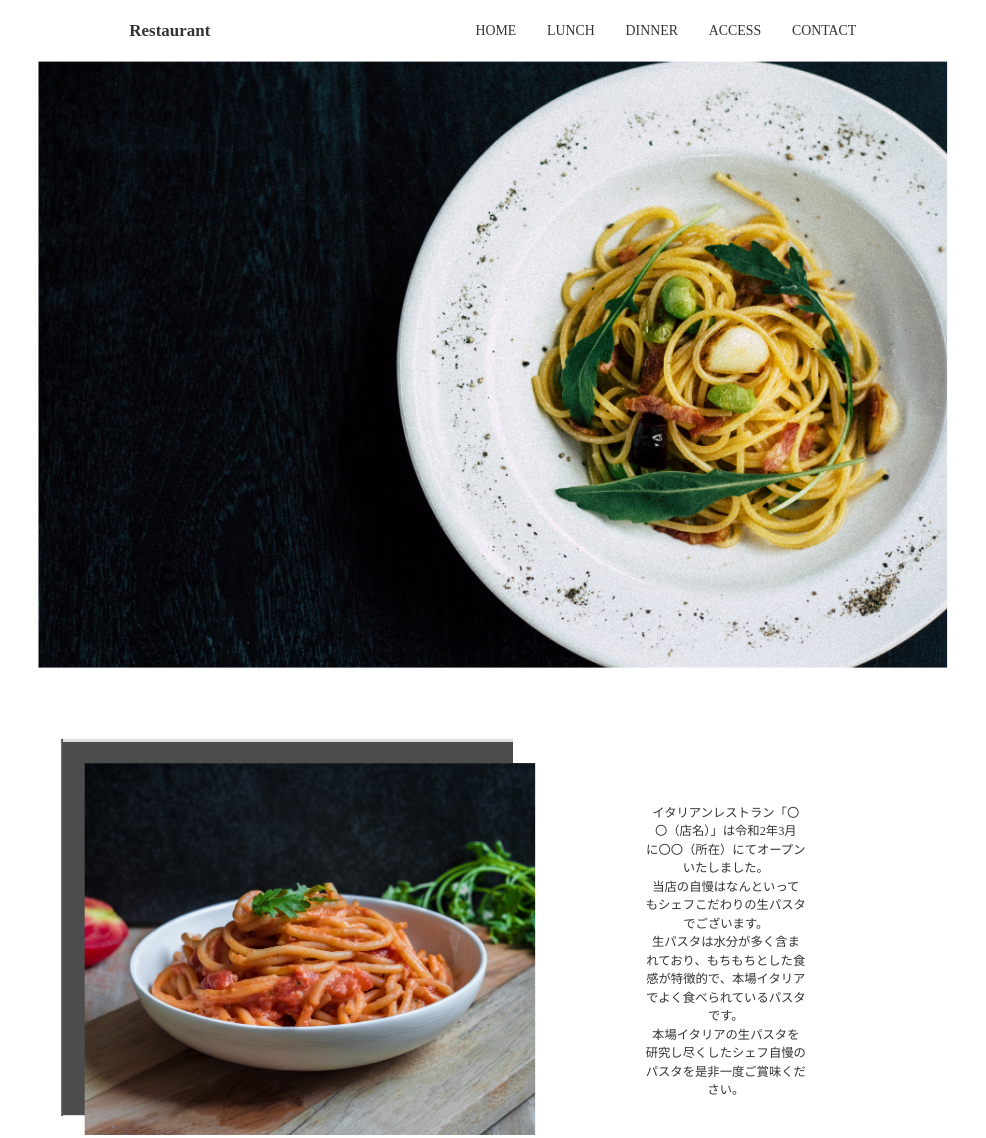
Repository: konatsu-0806/demo-site
Page: FromFigma/index.html
These files come from the project's save history. The page is drawn as it stood at one moment and after the next save; the edit follows.
The browser window is 1280 px wide. The pictures show the whole page, at 77% of full size.

Above is the page before, as saved 2023-02-08 17:15:24.

After the next save:
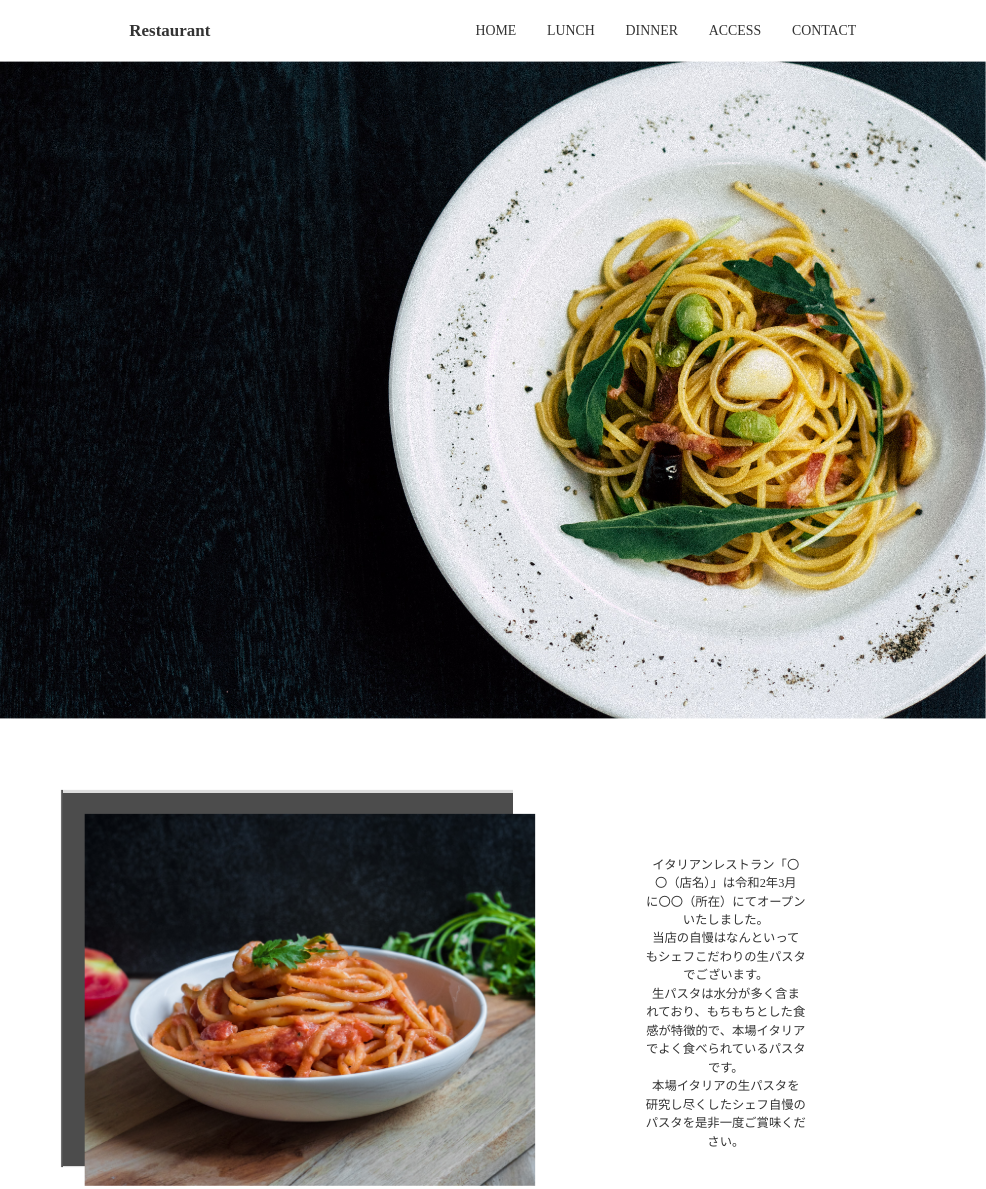
Saved 4 s later.
--- a/FromFigma/css/style.css
+++ b/FromFigma/css/style.css
@@ -110,7 +110,7 @@
 }
 
 .main_visual {
-    margin: 0 50px;
+    margin: auto;
 }
 
 /* contents */

After the 4 saves that followed:
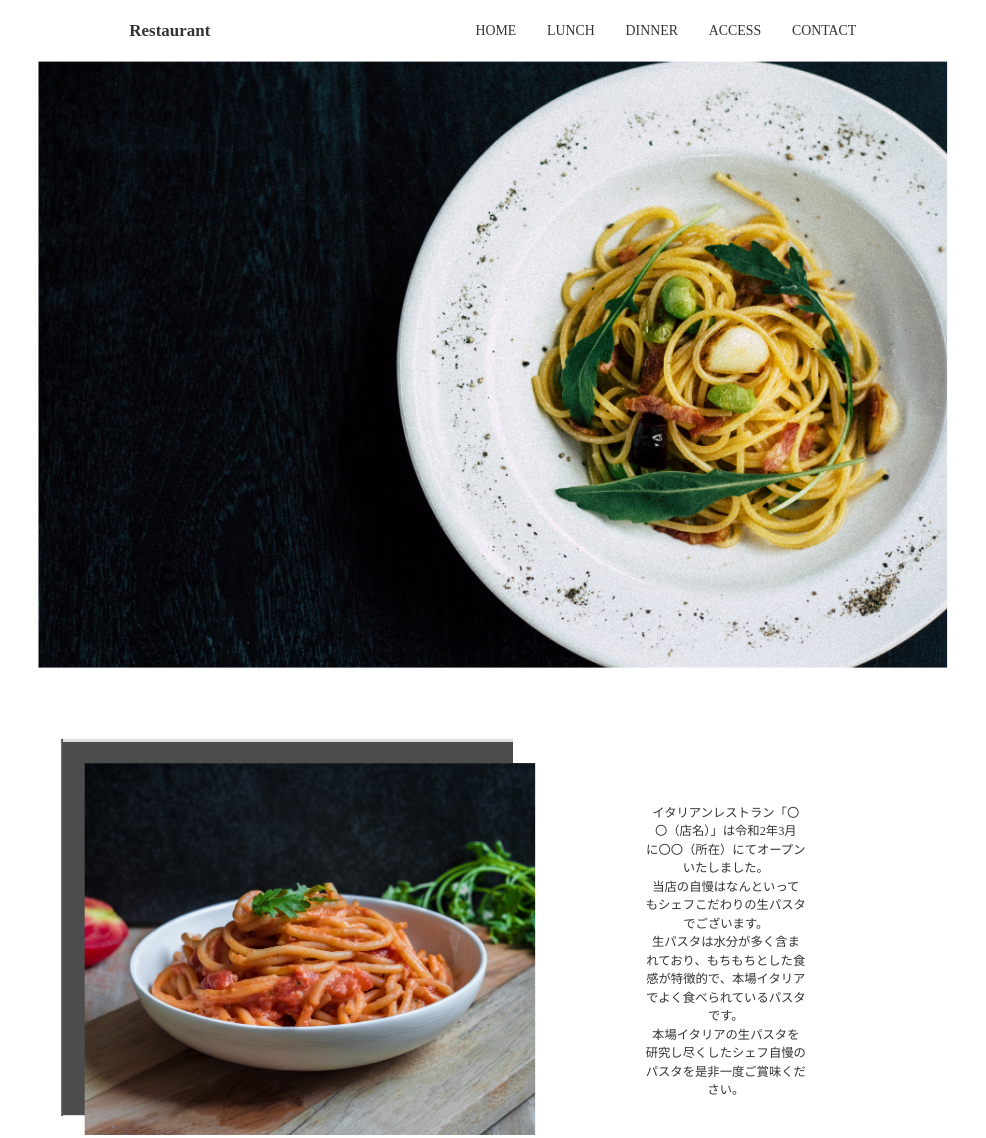
The 4 saves are shown as one change because 1 left the picture as it was and some came seconds apart.
The last was saved 22 s later.
--- a/FromFigma/css/style.css
+++ b/FromFigma/css/style.css
@@ -110,7 +110,8 @@
 }
 
 .main_visual {
-    margin: auto;
+    margin: 0 50px;
+
 }
 
 /* contents */
